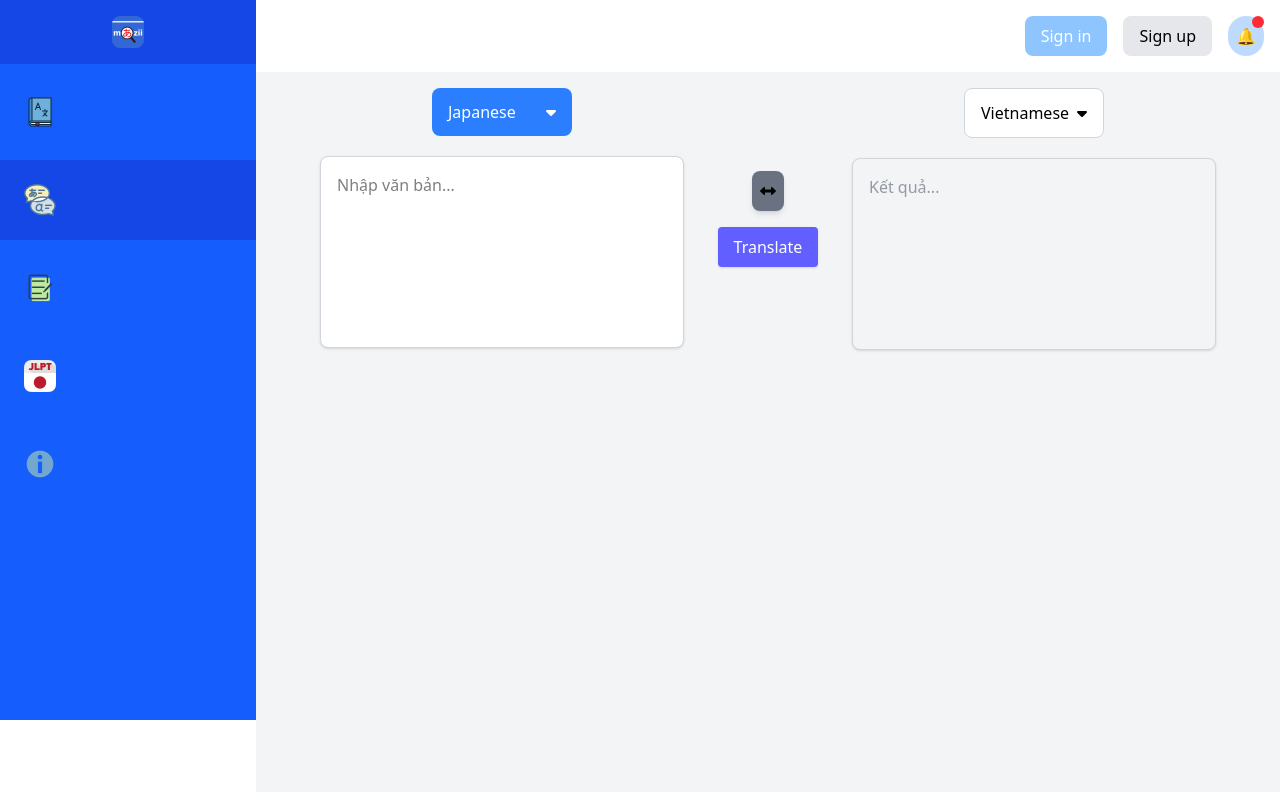
Repository: reminzuetto/JapaneseTranslationApp
Page: /translate
The author's editor kept a copy of each file at every save. The page is drawn from the files as they stood at one save, then again after the next save.
The browser window is 1280 px wide. The pictures show the whole page.
The page's requests for data from a server got no answer. The project was rebuilt for these pictures with package versions that can differ from the ones it lists, and the page was loaded fresh each time. No one was signed in, and anything a server would have sent is missing. Also part of the build but not shown: vite.config.js, src/components/Header/NotificationItem.jsx, src/components/SeachBar/DropDownButton.jsx, src/components/SeachBar/SearchInput.jsx, src/components/SeachBar/SearchBar.jsx, src/pages/Home.jsx, src/Firebase.jsx, src/pages/SignInForm.jsx and 5 more.

Above is the page before, as saved 2025-03-18 00:09:07.

After the next save:
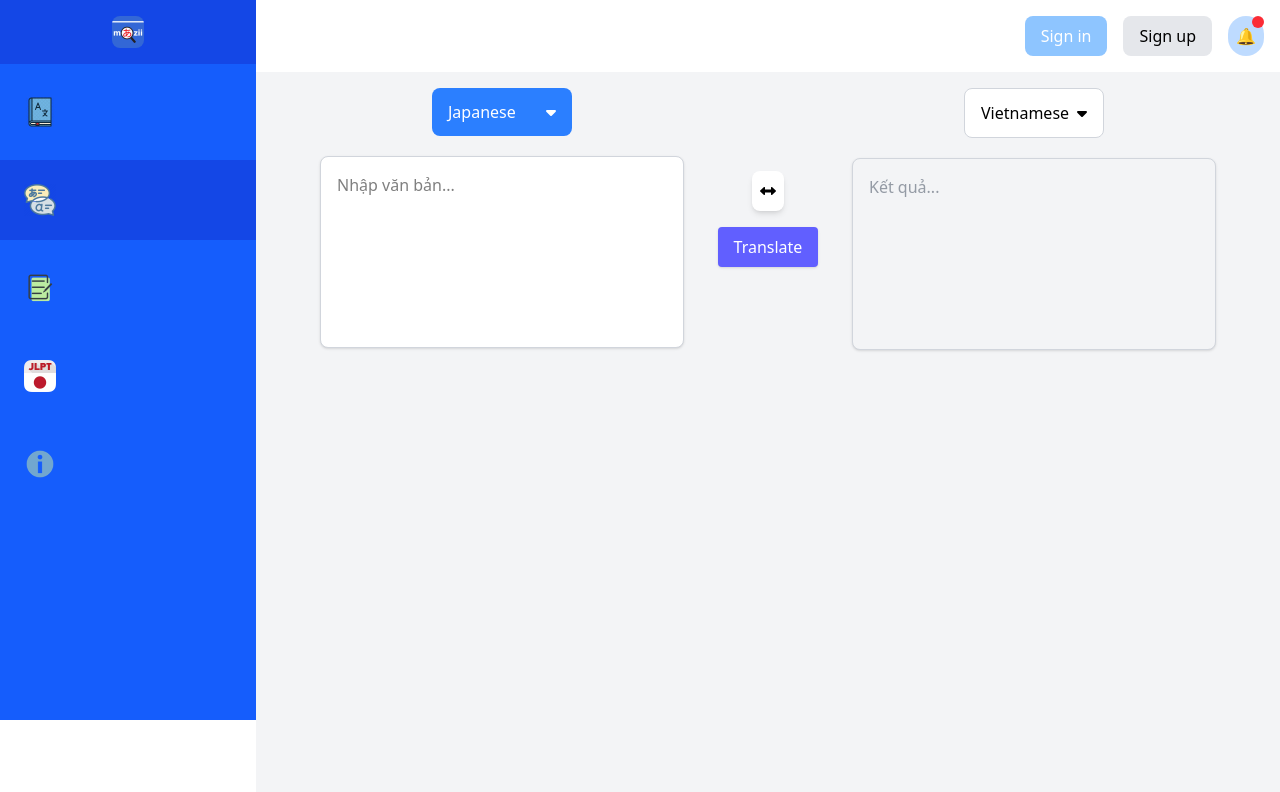
Saved 12 s later.
--- a/src/pages/TranslatePage.jsx
+++ b/src/pages/TranslatePage.jsx
@@ -59,7 +59,7 @@ const TranslatePage = () => {
         <div className="col-span-2 flex flex-col justify-center items-center space-y-4">
           <button
             onClick={swapLanguages}
-            className="p-2 bg-gray-500 text-black rounded-lg shadow-md hover:bg-gray-600 transition"
+            className="p-2 bg-white text-black rounded-lg shadow-md hover:bg-gray-600 transition"
           >
             <FontAwesomeIcon icon={faArrowsAltH} />
           </button>
